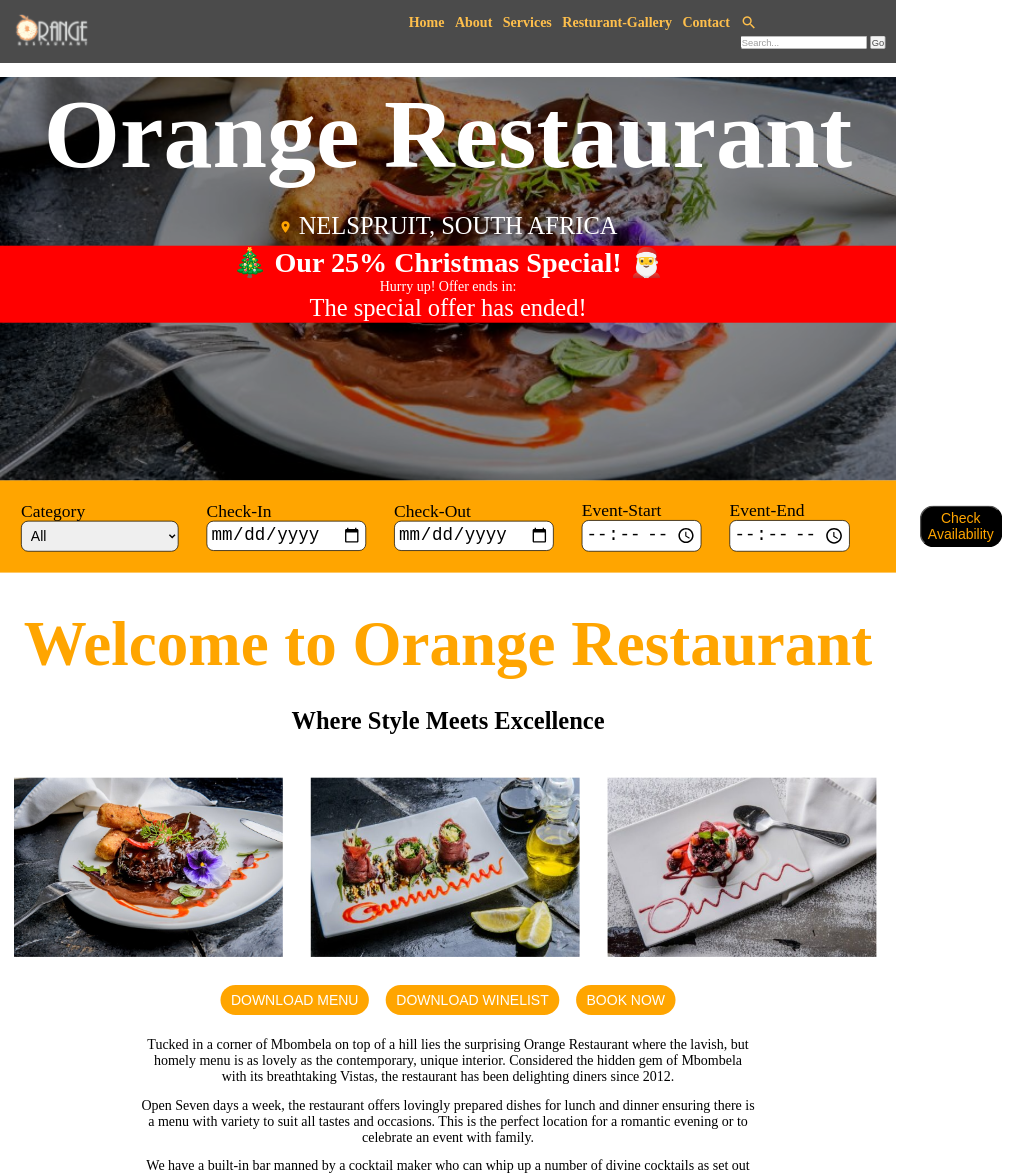
Repository: KaraboM20/KaraboUpdatedProjectOrang-Rest
Page: index.html
These files come from the project's save history. The page is drawn as it stood at one moment and after the next save; the edit follows.
The browser window is 1280 px wide. The page is 1448 px wide, then 1280 px, so the pictures cover 1448 px, including what lies to the right of the window. The pictures show the part of the page from y = 0 to 1680 px (the page is 2493 px tall before and 2453 px after), at 70% of full size.

Above is the page before, as saved 2025-01-31 13:40:56.

### index.html
<!DOCTYPE html>
<html lang="en">
<head>
    <meta charset="UTF-8">
    <meta name="viewport" content="width=device-width, initial-scale=1.0">
    <link href="https://fonts.googleapis.com/icon?family=Material+Icons" rel="stylesheet">
    <link rel="stylesheet" href="./responsive.css">
    <link rel="stylesheet" href="./style.css">
    <title>Orange Resturant</title>
</head>
<body>
    <header>
        <!-- The nav-bar section -->
         <section class="nav-section">

        <div class="navbar">
         <div class="logo">
            <img src="./assets/Orange-Logo.png" alt="" class="logo-img">
         </div>

            <div class="nav-info">
                <ul>
                    <li><a href="./index.html">Home</a></li>
                    <li><a href="./about.html">About</a></li>
                    <li><a href="./services.html">Services</a></li>
                    <li><a href="./gallery.html">Resturant-Gallery</a></li>
                    <li><a href="./contact.html">Contact</a></li>
                    <li>
                    <div class="search-container">
                        <span class="material-icons search-icon">search</span>
                        <div class="search-box">
                            <input type="text" placeholder="Search...">
                            <button type="button">Go</button>
                        </div>
                    </div>
                </li>
                </ul>
             </div>

        </div>
    </section>

    <div class="upper-section">

        <div class="overlay">
        </div>

        <div class="banner-wrap">
            <div class="name"><h1>Orange Restaurant</h1></div>
            <div class="icon-div">
            <span class="icon">
                <span class="material-icons"><a href="https://www.google.com/maps/dir//4+Du+Preez+St,+Mbombela,+1200/@-25.4780157,30.9067737,12z/data=!4m8!4m7!1m0!1m5!1m1!1s0x1ee849f51301d8b7:0xb337d404eb7d9758!2m2!1d30.9891752!2d-25.4780387?entry=ttu&g_ep=EgoyMDI0MTExOC4wIKXMDSoASAFQAw%3D%3D" target="_blank">location_on</a> </span>
                NELSPRUIT, SOUTH AFRICA
            </span>
            </div>

            <div class="countdown-container">
                <h6>🎄 Our 25% Christmas Special! 🎅</h6>
                <p class="chritmas-special">Hurry up! Offer ends in:</p>
                <div id="countdown">
                    <span id="days"></span> Days
                    <span id="hours"></span> Hours
                    <span id="minutes"></span> Minutes
                    <span id="seconds"></span> Seconds
                </div>
            </div>

        </div>

        </div>


    </header>
<!-- availability section -->
    <section>
        <form class="check-availability">
        <div class="category">
            <label for="name">Category</label>
            <select name="category" id="category-select">
                <option value="all">All</option>
                <option value="Wedding and Events">Wedding and Events</option>
                <option value="Conferencing">Conference</option>
                <option value="The Mandarin Room">The Mandarin Room</option>
            </select>
        </div>

        <div class="check-in">
            <label for="name">Check-In</label>
            <input type="date">
        </div>

        <div class="check-out">
            <label for="name">Check-Out</label>
            <input type="date">
        </div>

        <div class="event-start">
            <label for="name">Event-Start</label>
            <input type="time">
        </div>

        <div class="event-end">
            <label for="name">Event-End</label>
            <input type="time">
        </div>

        <div>
            <button class="check-button">Check Availability</button>
        </div>
        </form>

    </section>

    <!-- Focuses on the Food -->
    <section>
        <div class="welcome">
        <h1 class="welcome-info">Welcome to Orange Restaurant</h1>
        <h2 class="welcome-info-two">Where Style Meets Excellence</h2>
    </div>


    <div class="food-images">
        <img src="./assets/food-image.jpg" alt="" class="image1">
        <img src="./assets/Food-image2.jpg" alt="" class="image2">
        <img src="./assets/Food-image3.jpg" alt="" class="image3">
    </div>
    <div class="two-buttons">
        <button class="button1"><a href="https://www.eatatorange.co.za/wp-content/uploads/2024/07/NEW-MENU-2024.pdf" target="_blank" class="button-link">DOWNLOAD MENU</a>
            </button>
        <button class="button2"><a href="https://www.eatatorange.co.za/wp-content/uploads/2024/07/WINE-LIST-2024.pdf" target="_blank" class="button-link">DOWNLOAD WINELIST</a></button>
        <button class="button3"><a href="./booking.html" class="button-link">BOOK NOW</a></button>
    </div>

    <div class="paragraph">

    <p>Tucked in a corner of Mbombela on top of a hill lies the surprising Orange Restaurant where the lavish, but homely menu is as lovely as the contemporary, unique interior. Considered the hidden gem of Mbombela with its breathtaking Vistas, the restaurant has been delighting diners since 2012.</p>
    <br>
    <p>Open Seven days a week, the restaurant offers lovingly prepared dishes for lunch and dinner ensuring there is a menu with variety to suit all tastes and occasions. This is the perfect location for a romantic evening or to celebrate an event with family.</p>
    <br>
    <p>We have a built-in bar manned by a cocktail maker who can whip up a number of divine cocktails as set out on our menu.
        For winter we have an indoor fire to add warmth to the ambiance, and for summer days, we have air-conditioning to temper the Lowveld heat.</p>
    </div>

    </section>
<!-- The footer which is about the testimonies -->
    <section>
        <div class="testimony">
            <div class="overlay2"></div>
            <div class="testimony-header">Testimonials</div>
            <div class="sub-heading">From our Valued Customers</div>

            <div class="testimony1">
                <p>I met a keen observer who gave me a tip: ‘If you run across a restaurant where you often see priests eating with priests, or sporting girls with sporting girls, you may be confident that it is good. Those are two classes of people who like to eat well and get their money’s worth.
                </p>
                <div class="star-icons">
                <span class="material-icons">star</span>
                <span class="material-icons">star</span>
                <span class="material-icons">star</span>
                <span class="material-icons">star</span>
                <span class="material-icons">star</span>
                </div>

                <p>A.J Liebling</p>

            </div>

            <div class="testimony2">
                <p> Great restaurants are, of course, nothing but mouth-brothels. There is no point in going to them if one intends to keep one's belt buckled.
                </p>
                <div class="star-icons">
                    <span class="material-icons">star</span>
                    <span class="material-icons">star</span>
                    <span class="material-icons">star</span>
                    <span class="material-icons">star</span>
                    <span class="material-icons">star</span>
                </div>

                <p>Frederic Raphael</p>

            </div>

            <div class="testimony3">
                <p>I don’t know when pepper mills in a restaurant got to be right behind frankincense and myrrh in prominence. It used to be in a little jar that sat next to the salt on the table and everyone passed it around, sneezed, and it was no big deal.
                     </p>
                     <div class="star-icons">
                        <span class="material-icons">star</span>
                        <span class="material-icons">star</span>
                        <span class="material-icons">star</span>
                        <span class="material-icons">star</span>
                        <span class="material-icons">star</span>
                     </div>
                <p>Erma Bombeck</p>

            </div>


        </div>
    </section>

    <script src="script.js"></script>
</body>
</html>

### responsive.css
@media (max-width: 768px) and (min-width:480px)  {
 body {
    text-align: center;
    align-items: center;
    justify-content: center;
    max-width: 600px;
 }

 .check-availability {
    display: block;
    display: grid;

 }



}

### style.css
* {
    margin: 0;
    padding: 0;

    box-sizing: border-box;

}

.nav-section {
    opacity: 0.7;
    background-color: black;
}

.upper-section {
    background-image: url(./assets/food-image.jpg);
    background-size: cover;
    background-position: center;
    height: 80vh;
    width: 100vw;
    position: relative;
    z-index: 0;

}



.overlay {
    z-index: -1;
    height: 100%;
    width: 100%;
    background: black;
    position: absolute;
    top: 0;
    opacity: 40%;
}

.navbar {
    display: flex;
    justify-content: space-between;

}

.nav-info {
    position: sticky;
}

.nav-info ul {
    list-style: none;
    color: orange;
    display: flex;
    margin-top: 20px;

}

.nav-info li {
    margin-right: 15px;
    font-size: 18px;
    font-weight: bold;

}

a {
    text-decoration: none;
    color: orange;
    font-size: 20px;
}

a:hover {
    color: rgb(226, 43, 162);
    cursor: pointer;
}

li:hover {
    cursor: pointer;
}


.logo-img {

}



.banner-wrap {
    color: white;
    font-size: 70px;
    text-align: center;
    justify-content: center;

}

h1 {
    margin-top: 20px;
}

.icon {
    text-decoration:none;
    color: white;
    font-size: 35px;
    align-items: center;
    justify-content: center;

}

.material-icons {
    color: orange;
}


.check-availability {
    display: flex;
   background-color: orange;
   padding: 10px;
   border: none;
   font-size: 25px;
   align-items: center;
   max-width: 100vw;


}

.check-availability input {

    font-size: 25px;
    border: 1px solid black;
    border-radius: 10px;
    padding: 5px;
}

.category {
    display: grid;
    margin: 20px;
}

#category-select {
    font-size: 20px;
    border: 1px solid black;
    border-radius: 10px;
    padding: 9px;
}

.check-in {
    display: grid;
    margin: 10px;
    padding: 5px 10px;
}

.check-out {
    display: grid;
    margin: 10px;
    padding: 5px 10px;

}

.event-start {
    display: grid;
    margin: 10px;
    padding: 5px 10px;

}

.event-end {
    display: grid;
    margin: 10px;
    padding: 5px 10px;

}

.check-button  {
    color: orange;
    background-color: black;
    border-radius: 20px;
    font-size: 20px;
    margin-bottom: 0;
    margin-left: 80px;
    padding: 5px 10px;
    text-align: center;


}

.check-button:hover {
    color: black;
    background-color: orange;
    cursor: pointer;
}

.welcome {
    text-align: center;

}

.welcome-info {
    color: orange;
    font-size: 90px;
    margin-top: 50px;
}

.welcome-info-two {
    font-size: 35px;
    align-items: center;
    justify-content: center;
    margin-top: 40px;
    margin-bottom: 40px;
}

.food-images {
    display: flex;
    align-items: center;


}

img {
    margin: 20px;
    width: 30%;
    height: auto;
}

.two-buttons {
    margin-top: 20px;
    margin-bottom: 30px;
    text-align: center;

}

.button1 {
    color: white;
    background-color: orange;
    border: none;
    font-size: 20px;
    padding: 10px 15px;
    border-radius: 30px;
}

.button-link {
    color: white;
    background-color: orange;
}

.button-link:hover {
    color: black;
    cursor: pointer;
}

.button2 {
    color: white;
    background-color: orange;
    margin-left: 20px;
    border: none;
    font-size: 20px;
    padding: 10px 15px;
    border-radius: 30px;
}

.button3 {
    color: white;
    background-color: orange;
    margin-left: 20px;
    border: none;
    font-size: 20px;
    padding: 10px 15px;
    border-radius: 30px;
}


p {
    text-align: center;
    font-size: 20px;
    margin-left: 100px;
    margin-right: 100px;
    padding-left: 100px;
    padding-right: 100px;
}

.paragraph {
    margin-bottom: 30px;
}

.testimony {
    background-image: url(./assets/Food-image3.jpg);
    color: white;
    background-size: cover;
    background-position: center;
    height: 100vh;
    width: 100vw;
    position: relative;

}

.overlay2 {
    z-index: 1;
    height: 100%;
    width: 100%;
    background: black;
    position: absolute;
    top: 0;
    opacity: 20%;
}

.testimony-header {
    color: orange;
    font-size: 90px;
    margin-top: 50px;
    text-align: center;
}

.sub-heading {
    font-size: 35px;
    color: black;
    text-align: center;
    margin-top: 40px;
    margin-bottom: 40px;

}

.star-icons {
    color: orange;
    text-align: center;
    margin: 20px;


}

.top-logo {
    text-align: center;
}

.top-name {
    color: orange;
    font-size: 100px;
}

.top-name2 {
    font-size: 30px;
}

.paragraph2 {
    margin-top: 60px;
    margin-bottom: 60px;
}

.service-top {
    text-align: center;
}

.wedding {
    margin-top: 60px;
}

.wed-heading {
    text-align: center;
    font-size: 35px;
    font-weight: bold;
}

.wed-info {
    display: flex;
    align-content: center;
    align-items: center;
    justify-content: center;
    margin-top: 50px;
    margin-bottom: 50px;

}

.wed-img {
    width: 500px;

}

.img-thumbnail {
    width: 400px;

}

.wed-info2 {
    width: 400px;

}

.restaurant-image {
    display: flex;
    flex-wrap: wrap;
    height: 375px;
    gap: 20px;
    justify-content: center;

}

.restaurant-image img {
    height: 374px;
    width: 400px;
}

.contact-info {
    text-align: center;
    margin-top: 100px;
}

.booking-info {
    margin-top: 60px;
}

.booking-form {
    margin-top: 50px;
    margin-bottom: 50px;
}

.booking-form label {
    font-size: 30px;
    color: orange;
}

.booking-form input {
    font-size: 30px;
    border-radius: 10px;
}

.booking-label {
    margin-bottom: 30px;
}

.booking-button {
    color: white;
    background-color: orange;
    border: none;
    font-size: 30px;
    padding: 10px;
    border-radius: 25px;
    margin-top: 20px;
    margin-left: 200px;

}

.booking-button:hover {
    color: orange;
    background-color: black;
}

.countdown-container {
    color: white;
    background-color: red;
    border: none;
    font-size: 60px;

}



#countdown {
    font-size: 35px;
}

### script.js

const targetDate = new Date("December 25, 2024 23:59:59").getTime();


function updateCountdown() {
    const now = new Date().getTime();
    const timeLeft = targetDate - now;

    if (timeLeft > 0) {

        const days = Math.floor(timeLeft / (1000 * 60 * 60 * 24));
        const hours = Math.floor((timeLeft % (1000 * 60 * 60 * 24)) / (1000 * 60 * 60));
        const minutes = Math.floor((timeLeft % (1000 * 60 * 60)) / (1000 * 60));
        const seconds = Math.floor((timeLeft % (1000 * 60)) / 1000);


        document.getElementById("days").textContent = days;
        document.getElementById("hours").textContent = hours;
        document.getElementById("minutes").textContent = minutes;
        document.getElementById("seconds").textContent = seconds;
    } else {

        document.getElementById("countdown").textContent = "The special offer has ended!";
    }
}


setInterval(updateCountdown, 1000);


updateCountdown();



const searchIcon = document.querySelector('.search-icon');
const searchBox = document.querySelector('.search-box');

searchIcon.addEventListener('click', (event) => {
    event.stopPropagation();
    if (searchBox.style.display === 'none' || searchBox.style.display === '') {
        searchBox.style.display = 'block';
    } else {
        searchBox.style.display = 'none';
    }
});


document.addEventListener('click', (event) => {
    const searchContainer = document.querySelector('.search-container');
    if (!searchContainer.contains(event.target)) {
        searchBox.style.display = 'none';
    }
});

After the next save:
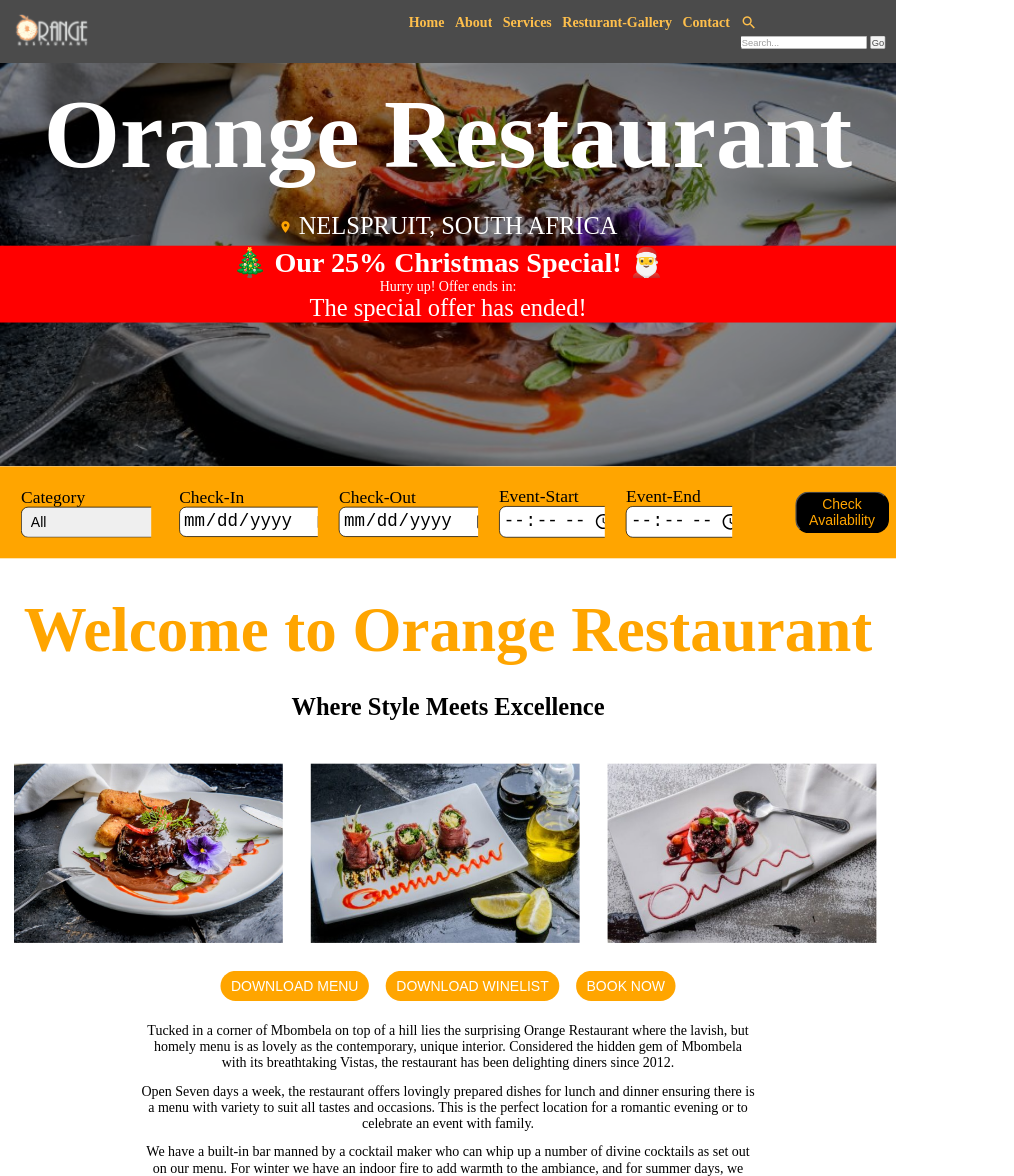
Saved 17 s later.
--- a/style.css
+++ b/style.css
@@ -1,7 +1,7 @@
 * {
     margin: 0;
     padding: 0;
-
+    overflow-x: hidden;
     box-sizing: border-box;
 
 }
